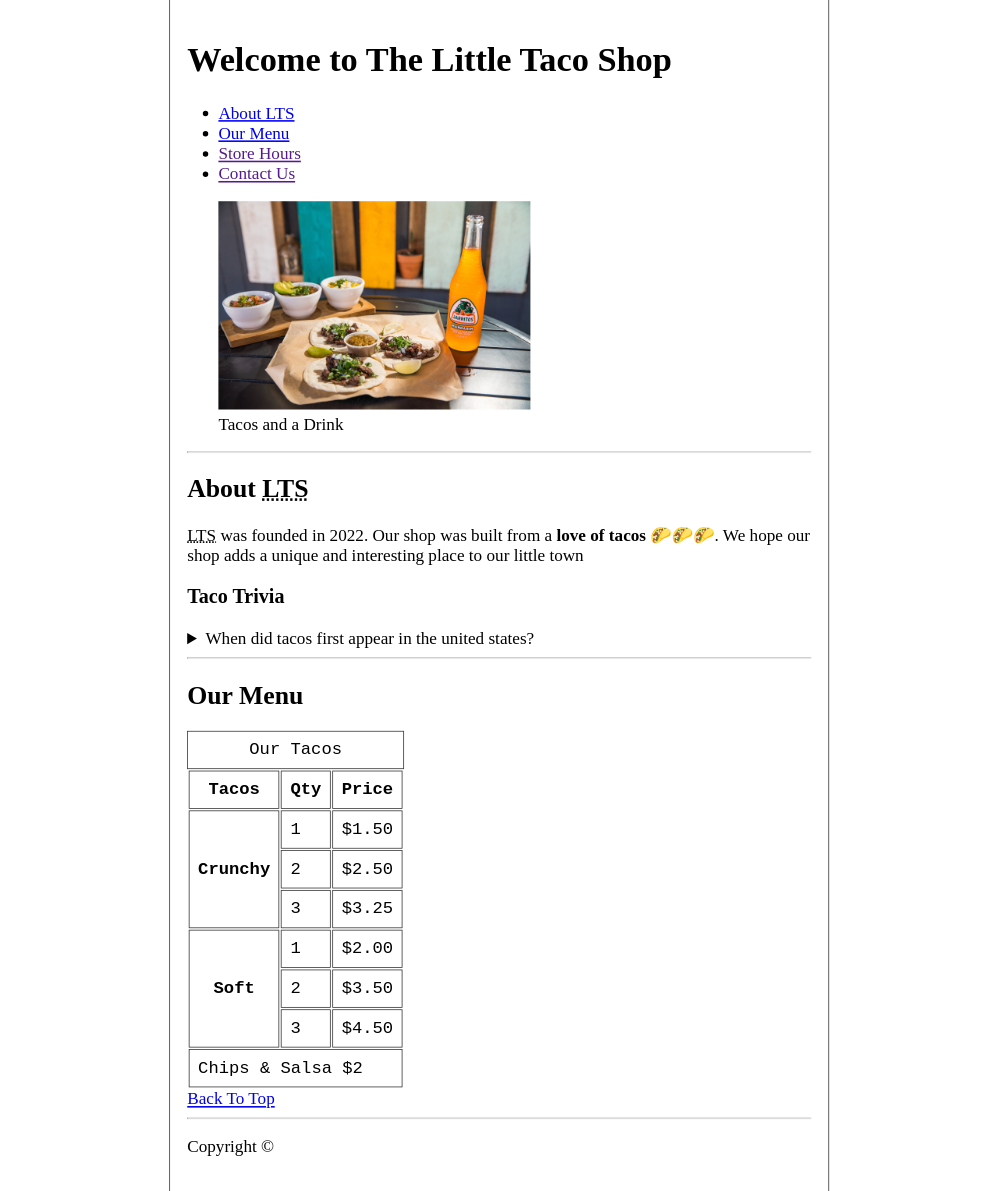
Repository: Israa-Odeh/html-basics-project
Page: index.html
These files come from the project's save history. The page is drawn as it stood at one moment and after the next save; the edit follows.
The browser window is 1280 px wide. The pictures show the whole page, at 78% of full size.

Above is the page before, as saved 2024-08-20 02:13:08.

### index.html
<!DOCTYPE html>
<html lang="en">

<head>
    <meta charset="UTF-8">
    <meta name="author" content="Israa Odeh">
    <meta name="description"
        content="Welcome to Discover the ultimate taco experience at our little taco shop. Explore our diverse menu featuring delicious, authentic tacos made with fresh ingredients. From classic favorites to inventive new flavors, our taco shop offers a vibrant atmosphere and exceptional service. Join us for a taste of perfection in every bite!">
    <title>Little Taco Shop</title>
    <link rel="icon" href="favicon.ico" type="image/x-icon">
    <link rel="stylesheet" href="css/style.css">
</head>

<body>
    <header>
        <h1>Welcome to The Little Taco Shop</h1>
        <nav>
            <ul>
                <li>
                    <a href="#about">About LTS</a>
                </li>
                <li>
                    <a href="#menu">Our Menu</a>
                </li>
                <li>
                    <a href="">Store Hours</a>
                </li>
                <li>
                    <a href="">Contact Us</a>
                </li>
            </ul>
        </nav>
        <figure>
            <img src="img/tacos_and_drink_400x267.png"
                alt="Three taco meals with three salads and a shared bottle of drink" width="400" height="267">
            <figcaption>Tacos and a Drink</figcaption>
        </figure>
    </header>

    <hr>

    <main>
        <article id="about">
            <h2>About <abbr title="Little Taco Shop">LTS</abbr></h2>
            <p> <abbr title="Little Taco Shop">LTS</abbr> was founded in 2022. Our shop was built from a <strong>love of
                    tacos</strong> 🌮🌮🌮. We hope our
                shop adds a unique and interesting place to our little town</p>

            <aside>
                <h3>Taco Trivia</h3>
                <details>
                    <summary>When did tacos first appear in the united states?</summary>
                    <p>Tacos first appeared in the
                        United States in the early 1900s. They gained significant popularity in the 1960s and 1970s,
                        particularly with the rise of fast-food chains like Taco Bell, which introduced them to a
                        broader
                        audience.</p>
                </details>
            </aside>
        </article>

        <hr>

        <article id="menu">
            <h2>Our Menu</h2>
            <table>
                <caption>Our Tacos</caption>
                <thead>
                    <tr>
                        <th scope="col">Tacos</th>
                        <th scope="col">Qty</th>
                        <th scope="col">Price</th>
                    </tr>
                </thead>

                <tbody>
                    <tr>
                        <th scope="row" rowspan="3">Crunchy</th>
                        <td>1</td>
                        <td>$1.50</td>
                    </tr>
                    <tr>
                        <td>2</td>
                        <td>$2.50</td>
                    </tr>
                    <tr>
                        <td>3</td>
                        <td>$3.25</td>
                    </tr>
                    <tr>
                        <th scope="row" rowspan="3">Soft</th>
                        <td>1</td>
                        <td>$2.00</td>
                    </tr>
                    <tr>
                        <td>2</td>
                        <td>$3.50</td>
                    </tr>
                    <tr>
                        <td>3</td>
                        <td>$4.50</td>
                    </tr>
                </tbody>

                <tfoot>
                    <tr>
                        <td colspan="3"> Chips & Salsa $2</td>
                    </tr>
                </tfoot>
            </table>
        </article>
    </main>

    <footer>
        <a href="#top">Back To Top</a>
        <hr>
        <p>Copyright &copy;</p>

    </footer>

</body>

</html>

Loaded but not shown: css/style.css (common file)

After the next save:
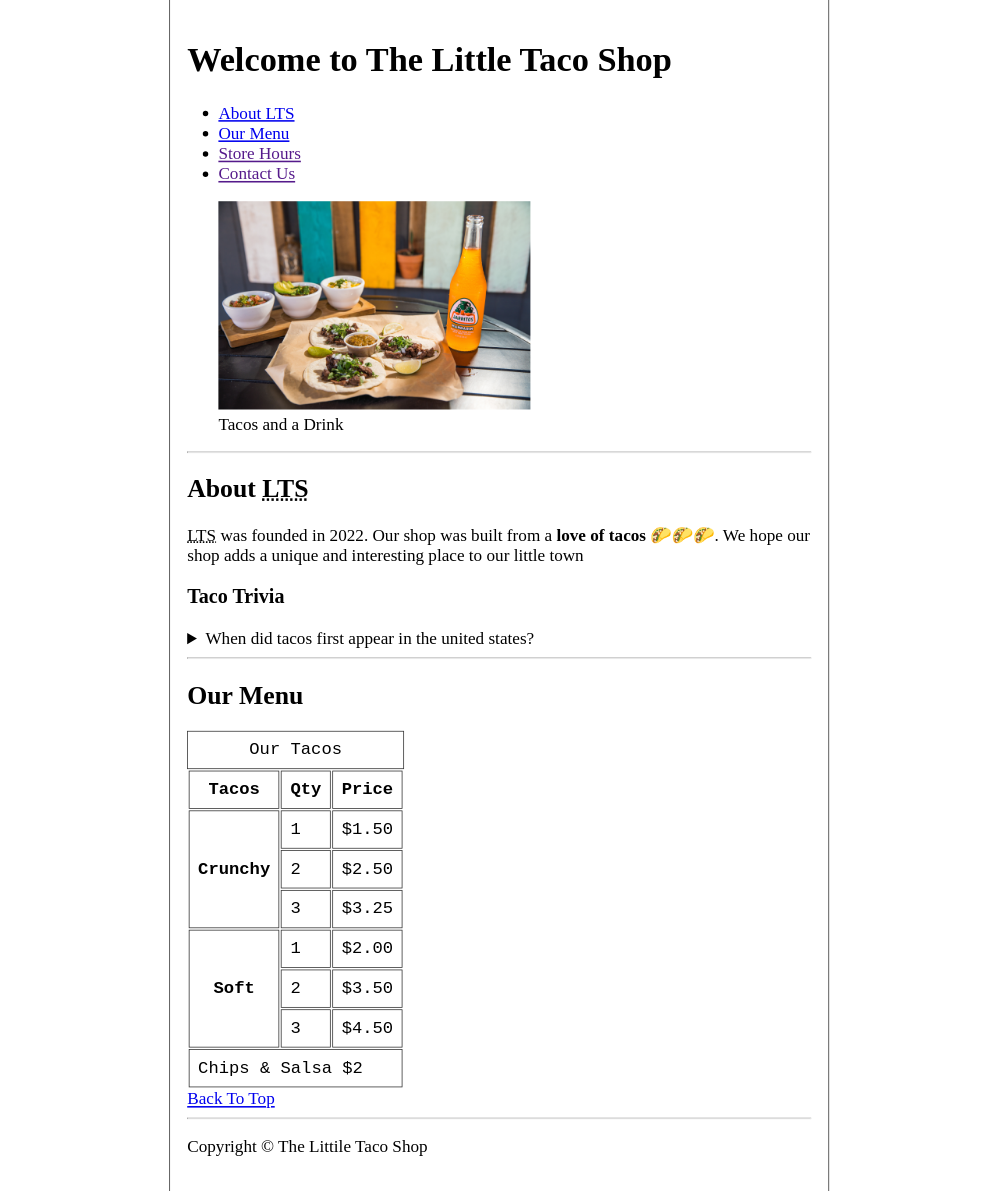
Saved 6 s later.
--- a/index.html
+++ b/index.html
@@ -114,7 +114,7 @@
     <footer>
         <a href="#top">Back To Top</a>
         <hr>
-        <p>Copyright &copy;</p>
+        <p>Copyright &copy; The Littile Taco Shop</p>
 
     </footer>
 
